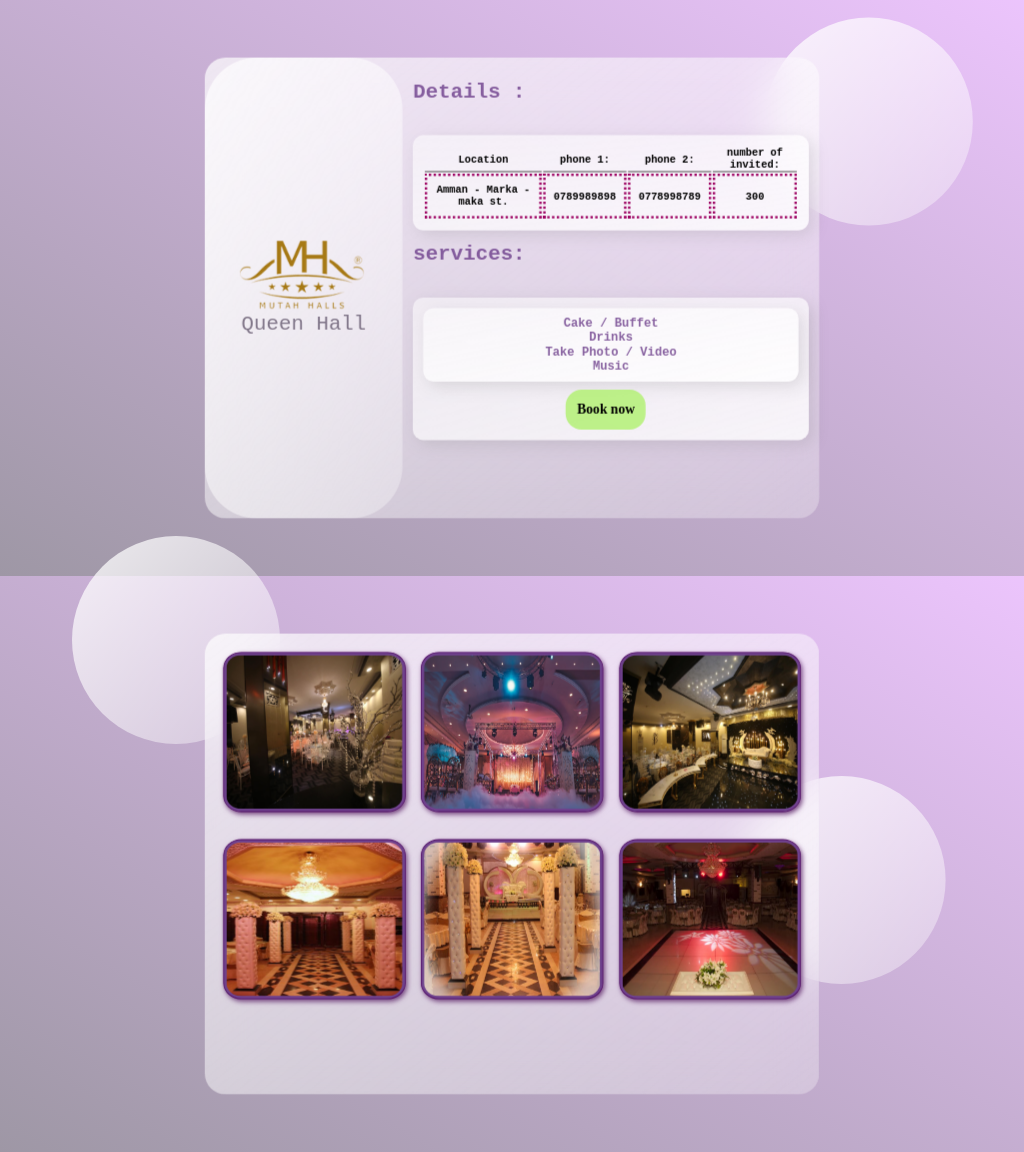
Repository: special4Party/Graduation-project-wedding-hall
Page: include/temp/hall_profile.html
An editor plug-in stored every save of this project. The page is shown before and after the next save, followed by the edit.
The browser window is 1280 px wide. The pictures show the whole page, at 80% of full size.

Above is the page before, as saved 2022-04-30 21:25:15.

### include/temp/hall_profile.html
<!DOCTYPE html>
<html lang="en">
<head>
    <meta charset="UTF-8">
    <link rel="stylesheet" href="/layout/css/hall_profile.css">
    <title>Halls Profile Page</title>
</head>
<body>
    <main>
        <section class="glass">
          <div class="dashboard">
            <div class="user">
              <img src="/images/halls/1.png" alt="" />
              <h2>Queen Hall</h2>
            </div>
          </div>
          <div class="games">
            <div class="status">
              <h1>Details :</h1>
            </div>
            <div class="cards">
              <div class="card">
                <div class="card-info">
                  <!-- <h2>Assassins Creed Valhalla</h2>
                  <p>PS5 Version Lorem, ipsum dolor sit amet consectetur adipisicing elit. Nam dolores iusto laboriosam non suscipit itaque, commodi quod fuga consectetur eum adipisci quaerat neque ea. Culpa veniam reprehenderit quia accusamus molestias.</p> -->
                  <table class="table">
                    <thead>
                        <tr>
                            <th>Location</th>
                            <th>phone 1: </th>
                            <th>phone 2: </th>
                            <th>number of invited: </th>
                        </tr>
                    </thead>
                    <tbody>
                        <tr>
                            <td>Amman - Marka - maka st.</td>
                            <td>0789989898</td>
                            <td>0778998789</td>
                            <td>300</td>
                        </tr>

                    </tbody>
                </table>
            </div>
          </div>
          <!-- -------Details------- -->
          <div class="status">
            <h1>services: </h1>
          </div>
          <div class="card">
            <div class="card-info">
                <div class="sub-card">
                    <div>
                        <h3>Cake / Buffet</h3>
                        <h3>Drinks</h3>
                        <h3>Take Photo / Video</h3>
                        <h3>Music</h3>
                    </div>
                </div>
                <button class="btn" onclick="goto()">Book now</button>
            </div>
          </div>
        </div>
    </div>
        </section>

      </main>
      <main>
        <section class="glass">
            <div class="games">
                <div class="our-work">
                    <div><img src="/images/halls3/1.jpg" alt="test" width="200" height="200"></div>
                    <div><img src="/images/halls4/2.jpg" alt="test" width="200" height="200"></div>
                    <div><img src="/images/halls3/5.jpg" alt="test" width="200" height="200"></div>
                    <div><img src="/images/halls2/4.jpg" alt="test" width="200" height="200"></div>
                    <div><img src="/images/halls2/5.jpg" alt="test" width="200" height="200"></div>
                    <div><img src="/images/halls2/6.jpg" alt="test" width="200" height="200"></div>
                </div>
            </div>
        </section>

      </main>
      <div class="circle1"></div>
      <div class="circle2"></div>
      <div class="circle3"></div>
      <script>
        function goto(){
          document.location.href="/include/temp/booking.html";
        }
      </script>
</body>
</html>

### layout/css/hall_profile.css
* {
    margin: 0;
    padding: 0;
    font-family: monospace;
    box-sizing: border-box;
}

h1 {
    color: #6b3c89;
    font-weight:bold;
    font-size: 2rem;
    opacity: 0.8;
    padding-top: 15px;
}
h2,
p {
    color: #64586e;
    font-weight: 500;
    opacity: 0.8;
}
h2{
    font-size: 2rem ;
}
h3 {
    color: #6b3c89;
    font-weight: 600;
    opacity: 0.8;
}

main {
    min-height: 100vh;
    background: linear-gradient(to right top, #9e97a5, #b826f545);
    display: flex;
    align-items: center;
    justify-content: center;
}

.glass {
    background: white;
    min-height: 80vh;
    width: 60%;
    background: linear-gradient(
        to right bottom,
        rgba(255, 255, 255, 0.7),
        rgba(255, 255, 255, 0.3)
    );
    border-radius: 2rem;
    z-index: 2;
    backdrop-filter: blur(2rem);
    display: flex;
}
.circle1,
.circle2,
.circle3 {
    background: white;
    background: linear-gradient(
        to right bottom,
        rgba(255, 255, 255, 0.8),
        rgba(255, 255, 255, 0.3)
    );
    height: 20rem;
    width: 20rem;
    position: absolute;
    border-radius: 50%;
}

.circle1 {
    top: 3%;
    right: 5%;
}
.circle2 {
    bottom: -210px;
    left: 7%;
}
.circle3 {
    left: 72%;
    top: 970px;
}
.dashboard {
    flex: 1;
    display: flex;
    flex-direction: column;
    align-items: center;
    justify-content: space-evenly;
    text-align: center;
    background: linear-gradient(
        to right bottom,
        rgba(255, 255, 255, 0.7),
        rgba(255, 255, 255, 0.3)
    );
    border-radius: 5rem;
}
/* GAMES */
.status {
    margin-bottom: 3rem;
}

.status input {
    background: linear-gradient(
        to right bottom,
        rgba(255, 255, 255, 0.7),
        rgba(255, 255, 255, 0.3)
    );
    border: none;
    width: 50%;
    padding: 0.5rem;
    border-radius: 2rem;
}

.games {
    margin: 1rem;
    display: flex;
    flex: 2;
    flex-direction: column;
    justify-content: flex-start;
}

.card {
    /* display: flex; */
    background: linear-gradient( to left top, rgba(255, 255, 255, 0.8), rgba(255, 255, 255, 0.5) );
    border-radius: 1rem;
    margin: 0rem 0rem;
    padding: 1rem;
    box-shadow: 6px 6px 20px rgb(122 122 122 / 21%);
    justify-content: space-between;
}
.sub-card{
    background: linear-gradient( to left top, rgba(255, 255, 255, 0.8), rgba(255, 255, 255, 0.5) );
    border-radius: 1rem;
    margin: 0rem 0rem;
    padding: 10px 10px;
    box-shadow: 6px 6px 20px rgb(122 122 122 / 21%);
    justify-content: space-between;
}
.card-info {
    display: flex;
    flex-direction: column;
    justify-content: space-between;
    text-align: center;
}
table th{
    border-bottom: 1px solid rgb(39, 36, 36);
    font-weight: bold;
}
table td{
    border: 3px dotted rgb(158, 7, 100);
    padding: 10px 10px;
    font-weight: bold;
}
.btn{
    position: relative;
    left: 38%;
    width: 100px;
    height: 50px;
    border-radius: 20px;
    outline: none;
    border: none;
    font-size: 17px;
    font-weight: bold;
    font-family: cursive;
    background-color: rgba(177, 241, 112, 0.815);
    cursor: pointer;
    margin-top: 10px;
}
button.btn:hover{
    background-color: rgba(126, 252, 0, 0.705);
    color: rgba(8, 8, 8, 0.966);
    box-shadow: 0 2px 20px #82e432;
    transition: 0.3s;
}
.our-work{
    overflow: hidden;
}
.our-work > div{  /* اشارة الاكبر معناها الديف اللي جواه فورا اول ابن له يعني */
    float: left;
    width: 33.3333%;
    margin-bottom: 10px;
}
.our-work > div img{
    width: 92%;
    margin: 10px;
    padding:3px ;
    border-radius: 10%;
    background-color: rgb(111, 66, 141);
    border: 1px solid rgb(80, 12, 100);
    box-shadow: 2px 3px 7px rgb(116, 68, 126);
}

After the next save:
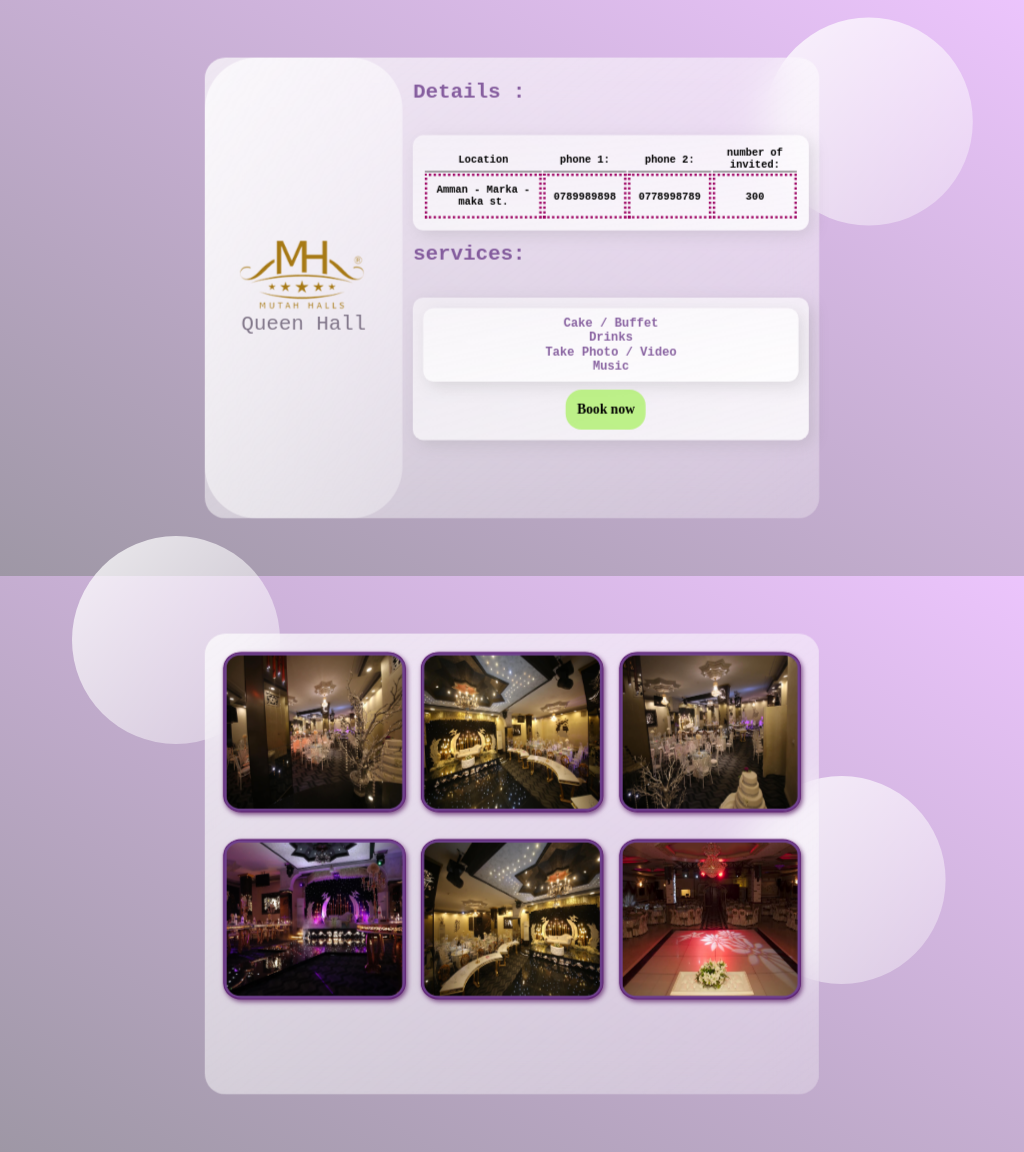
Saved 1 s later.
--- a/include/temp/hall_profile.html
+++ b/include/temp/hall_profile.html
@@ -71,10 +71,10 @@
             <div class="games">
                 <div class="our-work">
                     <div><img src="/images/halls3/1.jpg" alt="test" width="200" height="200"></div>
-                    <div><img src="/images/halls4/2.jpg" alt="test" width="200" height="200"></div>
+                    <div><img src="/images/halls3/2.jpg" alt="test" width="200" height="200"></div>
+                    <div><img src="/images/halls3/3.jpg" alt="test" width="200" height="200"></div>
+                    <div><img src="/images/halls3/4.jpg" alt="test" width="200" height="200"></div>
                     <div><img src="/images/halls3/5.jpg" alt="test" width="200" height="200"></div>
-                    <div><img src="/images/halls2/4.jpg" alt="test" width="200" height="200"></div>
-                    <div><img src="/images/halls2/5.jpg" alt="test" width="200" height="200"></div>
                     <div><img src="/images/halls2/6.jpg" alt="test" width="200" height="200"></div>
                 </div>
             </div>
